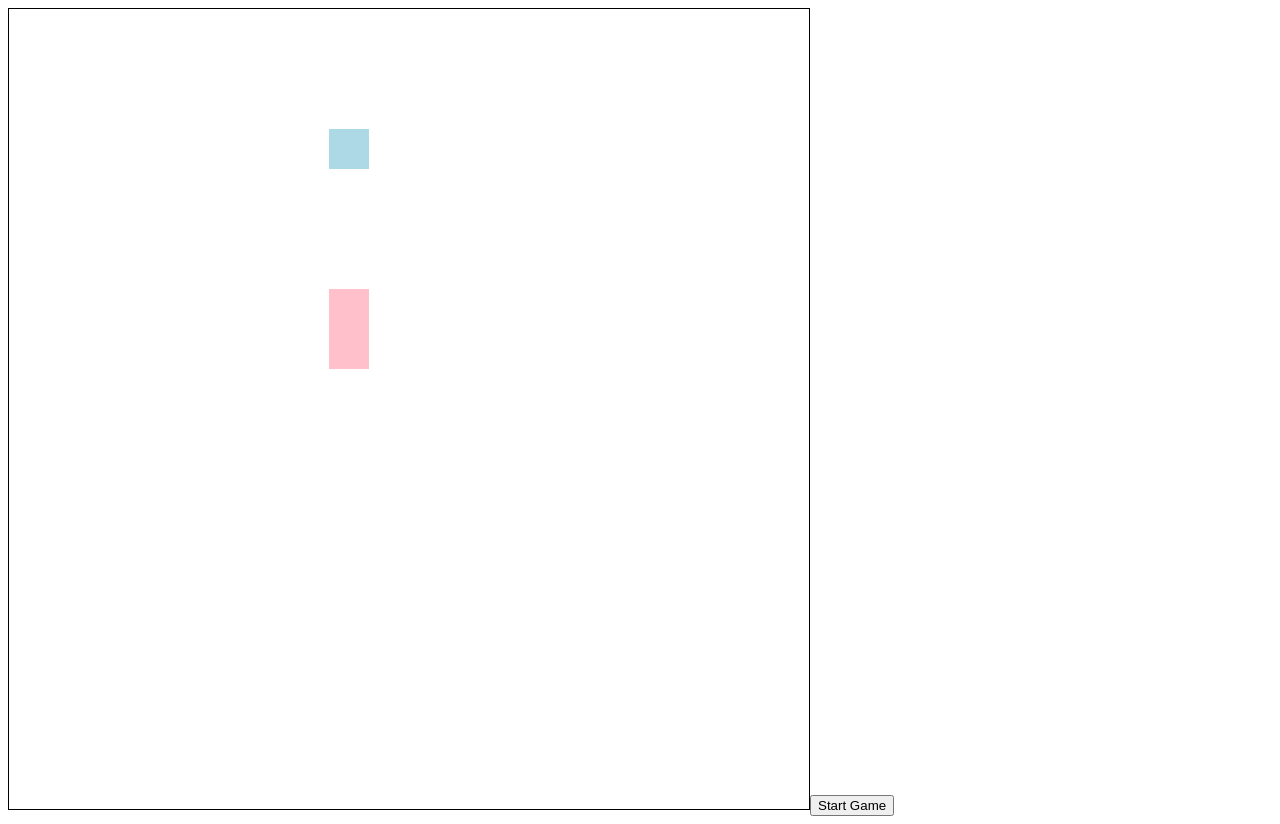
Repository: JonoBowenDev/react-snake
Page: /
The author's editor kept a copy of each file at every save. The page is drawn from the files as they stood at one save, then again after a run of saves.
The browser window is 1280 px wide. The pictures show the whole page.
The project was rebuilt for these pictures with package versions that can differ from the ones it lists, and the page was loaded fresh each time.

Above is the page before, as saved 2021-03-18 16:17:40.

### src/App.js
import React, { useState, useRef, useEffect } from 'react'
import { useInterval } from "./useInterval";
import {
  CANVAS_SIZE,
  SNAKE_START,
  APPLE_START,
  SCALE,
  SPEED,
  DIRECTIONS
} from "./constants";

export default function App() {

  const canvasRef = useRef();
  const [snake, setSnake] = useState(SNAKE_START);
  const [apple, setApple] = useState(APPLE_START);
  const [direction, setDirection] = useState([0, -1]);
  const [speed, setSpeed] = useState(null);
  const [gameOver, setGameOver] = useState(false);


  // Collision functions
  const checkCollosion = () => {

  }

  const checkAppleCollision = () => {

  }

  // Gameplay functions
  const startGame = () => {

  }

  const endGame = () => {

  }

  const moveSnake = ({ keyCode }) => keyCode >= 37 && keyCode <= 40 && setDirection(DIRECTIONS[keyCode]);

  const createApple = () => {

  }

  const gameLoop = () => {
    const snakeCopy = JSON.parse(JSON.stringify(snake));
    const newSnakeHead = [snakeCopy[0][0] + direction[0], snakeCopy[0][1] + direction[1]];
    snakeCopy.unshift(newSnakeHead);
    snakeCopy.pop();
    setSnake(snakeCopy);
  }

  useEffect(() => {
    // Setup
    const context = canvasRef.current.getContext("2d");
    context.setTransform(SCALE, 0, 0, SCALE, 0, 0);
    context.clearRect(0, 0, CANVAS_SIZE[0], CANVAS_SIZE[1]);

    // Snake
    context.fillStyle="pink";
    snake.forEach(([x, y]) => context.fillRect(x, y, 1, 1));

    // Apple
    context.fillStyle="lightblue";
    context.fillRect(apple[0], apple[1], 1, 1);

  }, [snake, apple, gameOver]);


  return (
    <div role="button" tabIndex="0" onKeyDown={e => moveSnake(e)}>

      <canvas
        style={{ border: "1px solid black"}}
        ref={canvasRef}
        width={`${CANVAS_SIZE[0]}px`}
        height={`${CANVAS_SIZE[1]}px`}
        />

      {gameOver && <div>GAME OVER!</div>}

      <button onClick={startGame}>Start Game</button>

    </div>
  )
}

### src/constants.js
const CANVAS_SIZE = [800, 800];
const SNAKE_START = [
  [8, 7],
  [8, 8]
];
const APPLE_START = [8, 3];
const SCALE = 40;
const SPEED = 100;
const DIRECTIONS = {
  38: [0, -1], // up
  40: [0, 1], // down
  37: [-1, 0], // left
  39: [1, 0] // right
};

export {
  CANVAS_SIZE,
  SNAKE_START,
  APPLE_START,
  SCALE,
  SPEED,
  DIRECTIONS
};

Loaded but not shown: public/index.html (common file); src/index.js (common file); src/useInterval.js (common file)

After the next 4 saves:
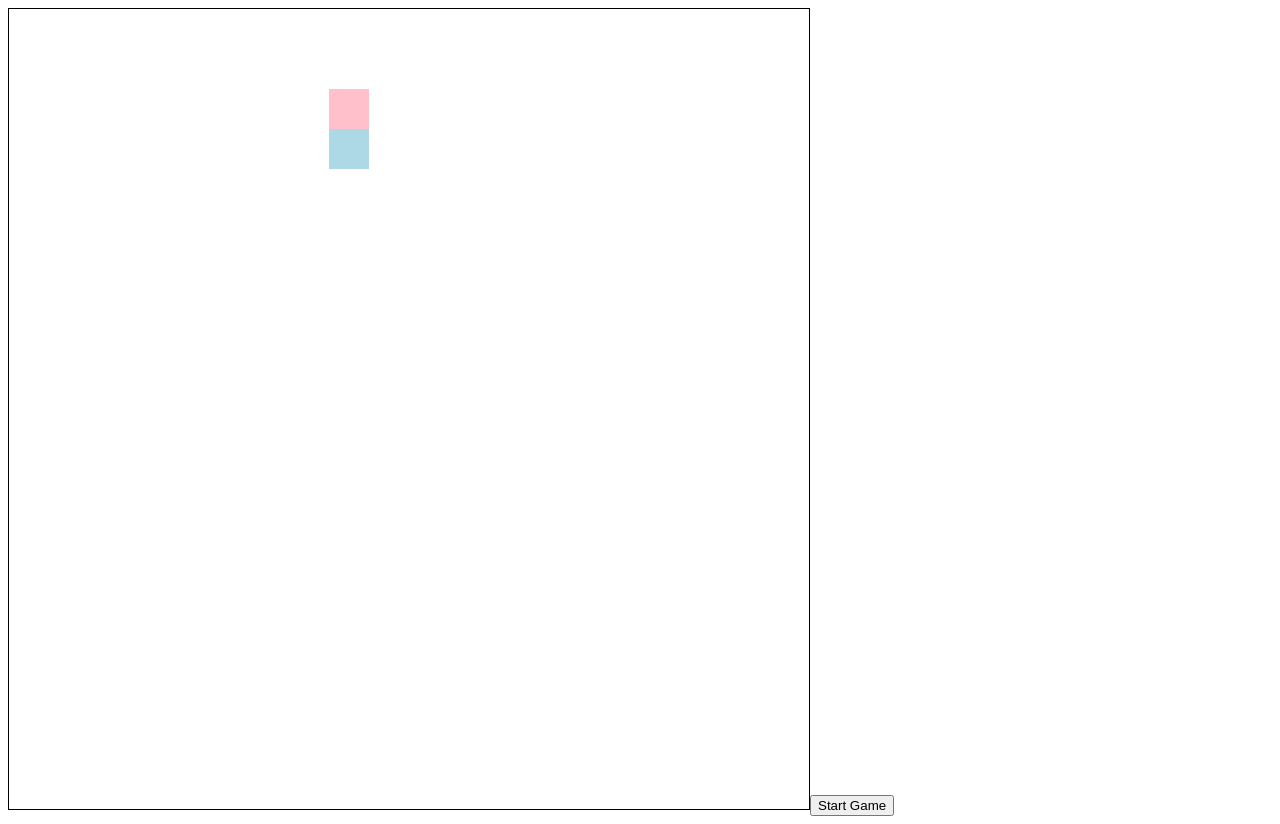
The 4 saves are shown as one change because 3 did not build or start.
The last was saved 98 s later.
--- a/src/App.js
+++ b/src/App.js
@@ -15,8 +15,9 @@ export default function App() {
   const [snake, setSnake] = useState(SNAKE_START);
   const [apple, setApple] = useState(APPLE_START);
   const [direction, setDirection] = useState([0, -1]);
-  const [speed, setSpeed] = useState(null);
+  const [speed, setSpeed] = useState(1000);
   const [gameOver, setGameOver] = useState(false);
+
 
 
   // Collision functions
@@ -67,6 +68,7 @@ export default function App() {
 
   }, [snake, apple, gameOver]);
 
+  useInterval(() => gameLoop(), speed);
 
   return (
     <div role="button" tabIndex="0" onKeyDown={e => moveSnake(e)}>
